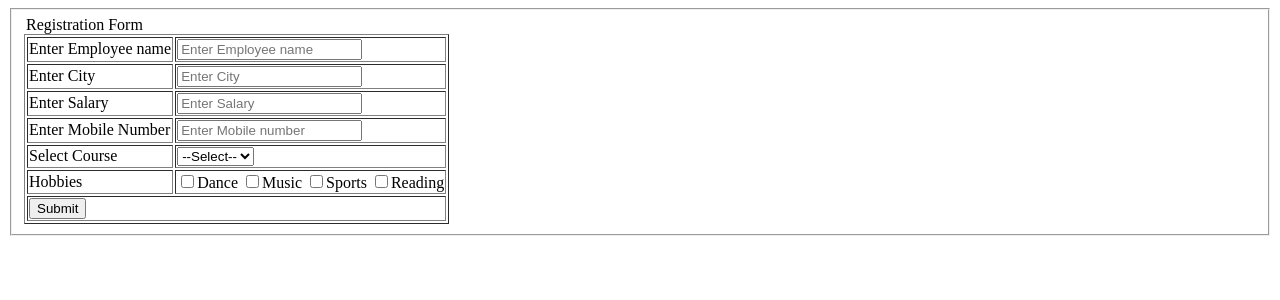
Repository: bigee1397/22-3-2024
Page: http://localhost/RDDemo/
The author's editor kept a copy of each file at every save. The page is drawn from the files as they stood at one save, then again after a run of saves.
The browser window is 1280 px wide. The pictures show the whole page.
The page is served by Tomcat 9.

Above is the page before, as saved 2024-03-15 04:54:28.

After the next 2 saves:
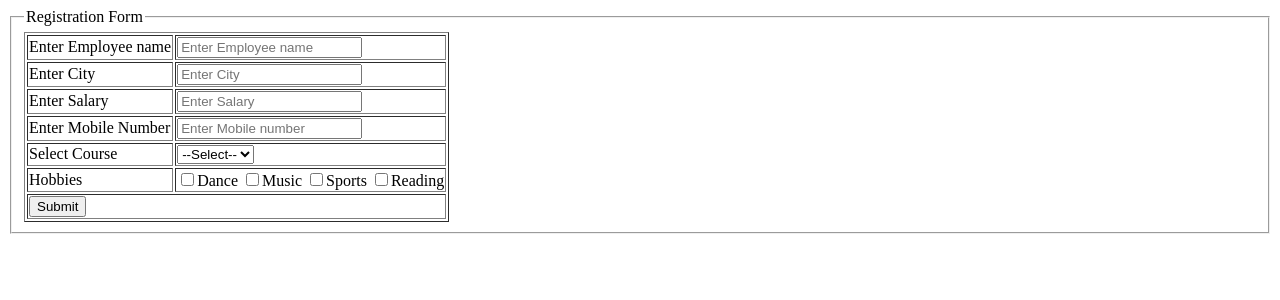
The 2 saves are shown as one change because they came seconds apart.
The last was saved 14 s later.
--- a/jspandservlets/RDDemo/src/main/webapp/index.jsp
+++ b/jspandservlets/RDDemo/src/main/webapp/index.jsp
@@ -8,8 +8,8 @@
 </head>
 <body>
 	<fieldset>
+		<legend>Registration Form</legend>
 		<form action="registerServlet" method="post">
-			<legend>Registration Form</legend>
 			<table align="left" border="1">
 				<tr>
 					<td>Enter Employee name</td>
